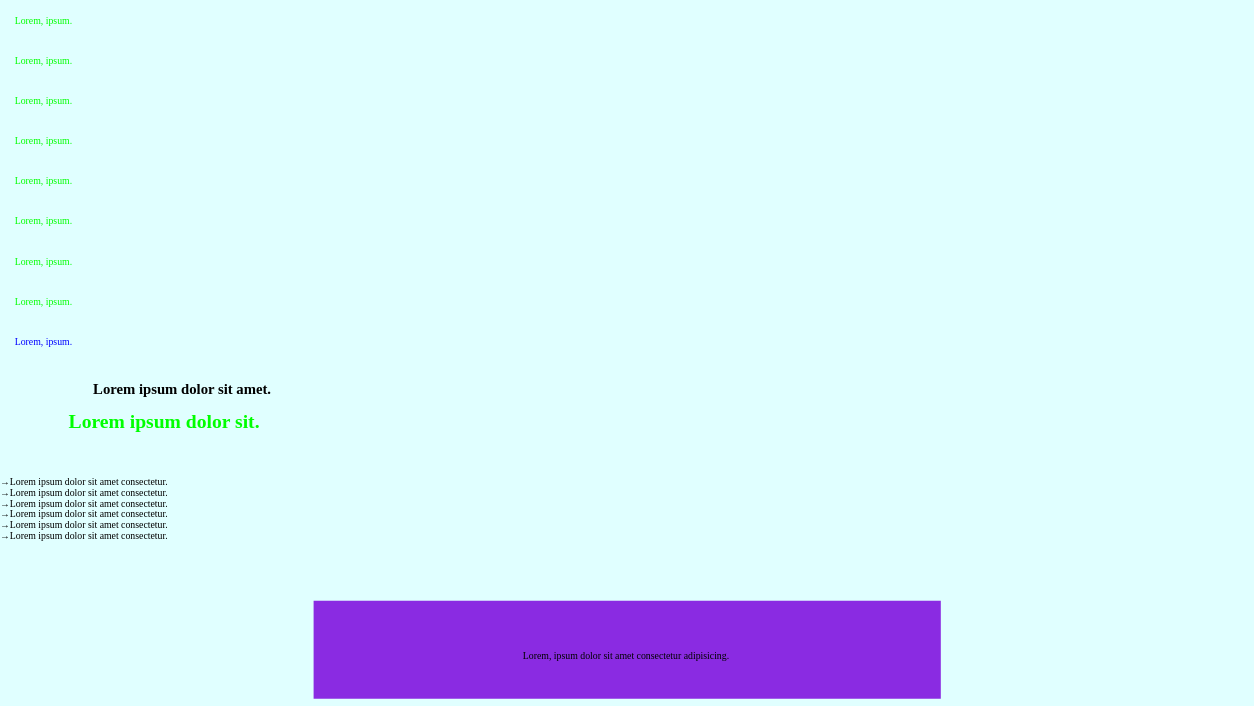
Repository: aSSasdy/assasdy.github.io
Page: index.html
An editor plug-in stored every save of this project. The page is shown before and after the next save, followed by the edit.
The browser window is 1280 px wide. The pictures show the whole page, at 98% of full size.

Above is the page before, as saved 2021-11-22 18:04:03.

After the next save:
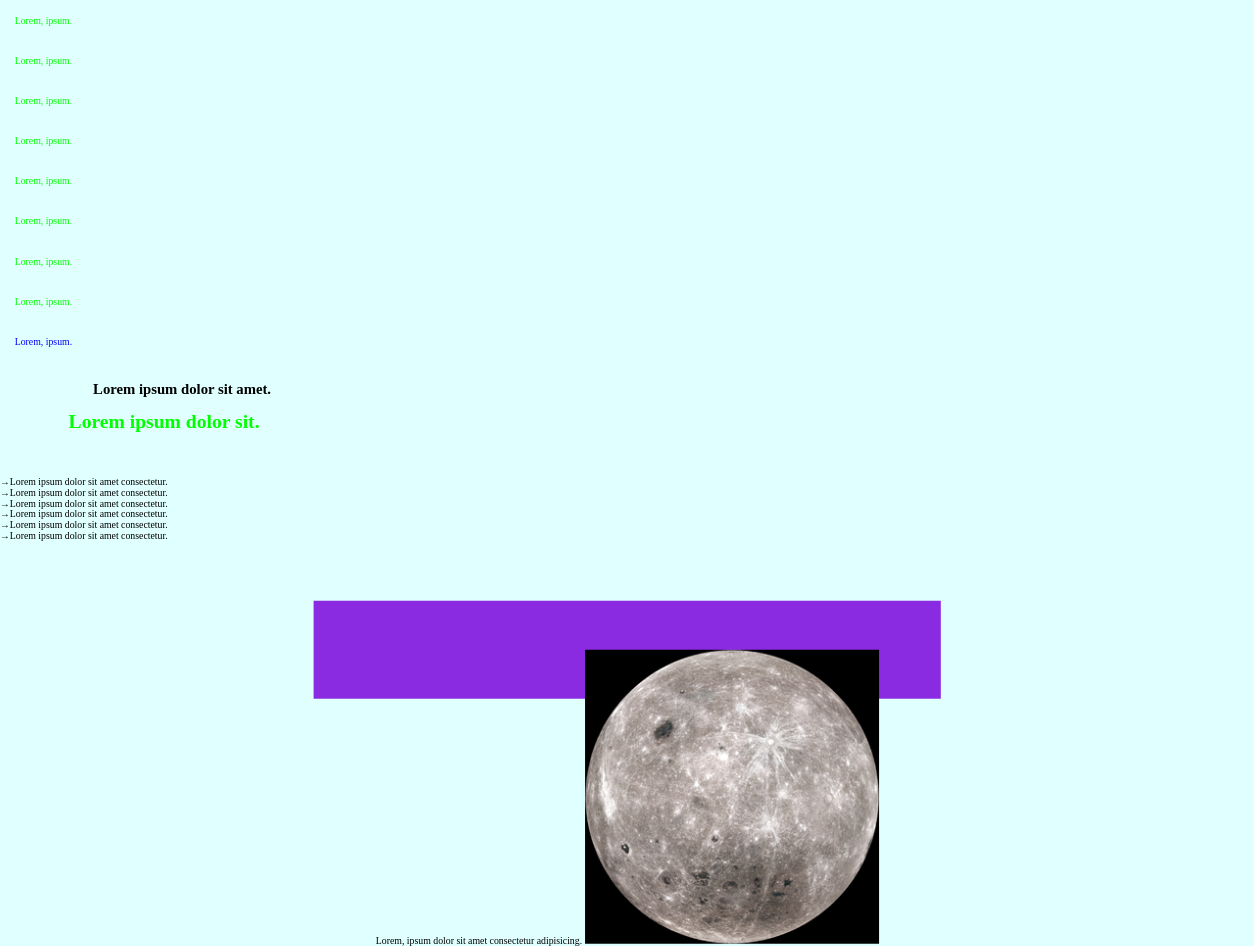
Saved 13 s later.
--- a/index.html
+++ b/index.html
@@ -35,7 +35,7 @@
     </ul>
     <br>
     <div class="block-1">Lorem, ipsum dolor sit amet consectetur adipisicing.
-        <img src="img/Moon_farside_LRO_color_mosaic.png" style="height: 100%; ">
+        <img src="img/Moon_farside_LRO_color_mosaic.png">
     </div>
 </body>
 </html>
